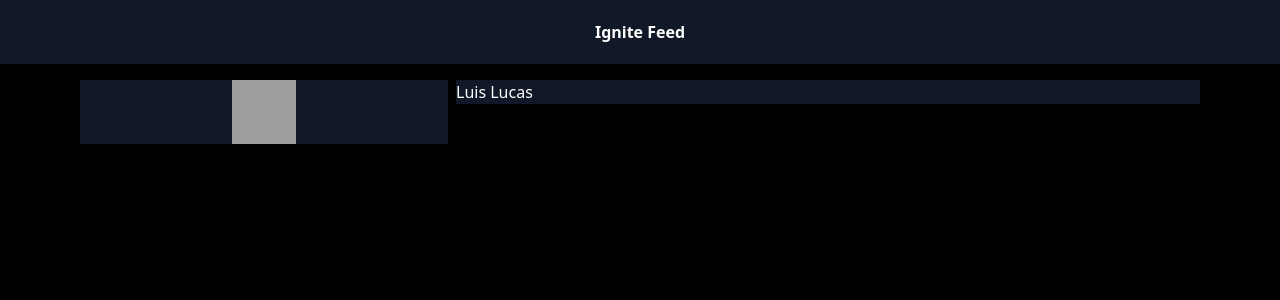
Repository: LuisSempre/ignite-feed
Page: /
An editor plug-in stored every save of this project. The page is shown before and after the next save, followed by the edit.
The browser window is 1280 px wide. The pictures show the whole page.
Pictures or frames that could not be fetched are drawn as grey boxes. The project was rebuilt for these pictures with package versions that can differ from the ones it lists, and the page was loaded fresh each time. Also part of the build but not shown: vite.config.js.

Above is the page before, as saved 2022-07-13 21:25:59.

After the next save:
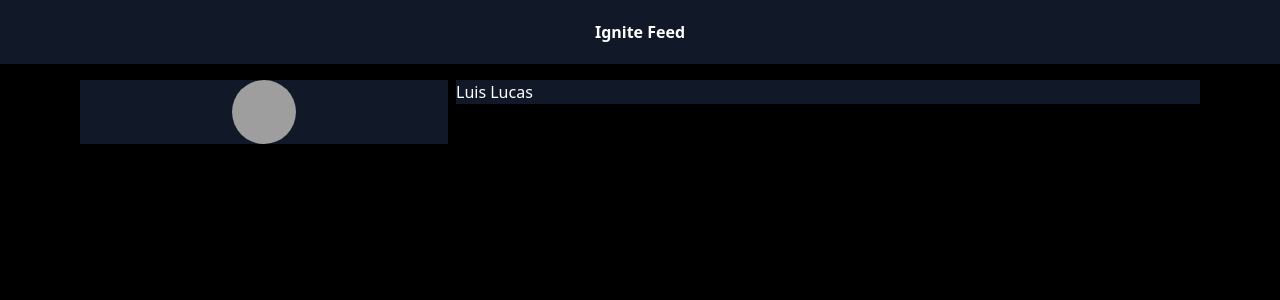
Saved 13 s later.
--- a/src/Components/Sidebar.jsx
+++ b/src/Components/Sidebar.jsx
@@ -2,7 +2,7 @@ export function Sidebar() {
     return(
         <div className="bg-gray-900 justify-center flex items-center">
             <img
-            className="w-16 h-16"
+            className="w-16 h-16 rounded-full"
             src="https://avatars.githubusercontent.com/u/32404639?v=4" alt="" />
         </div>
     )
